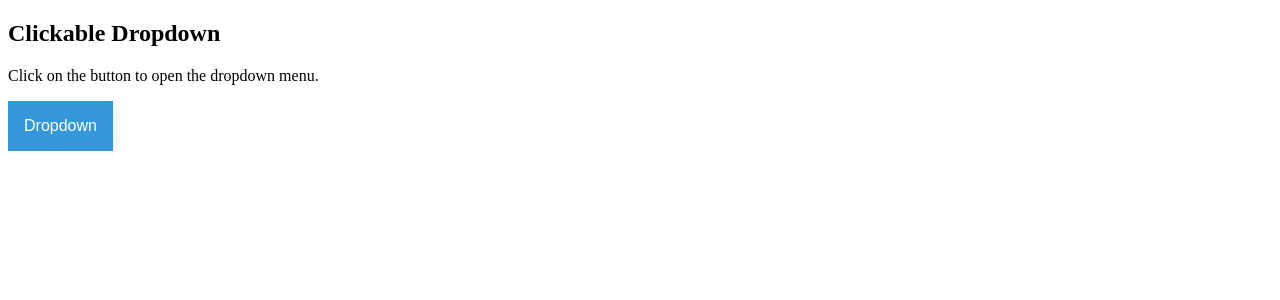
Repository: navid-amini12/capstone-1
Page: index.html
An editor plug-in stored every save of this project. The page is shown before and after the next save, followed by the edit.
The browser window is 1280 px wide. The pictures show the whole page.

Above is the page before, as saved 2022-05-13 10:21:29.

After the next save:
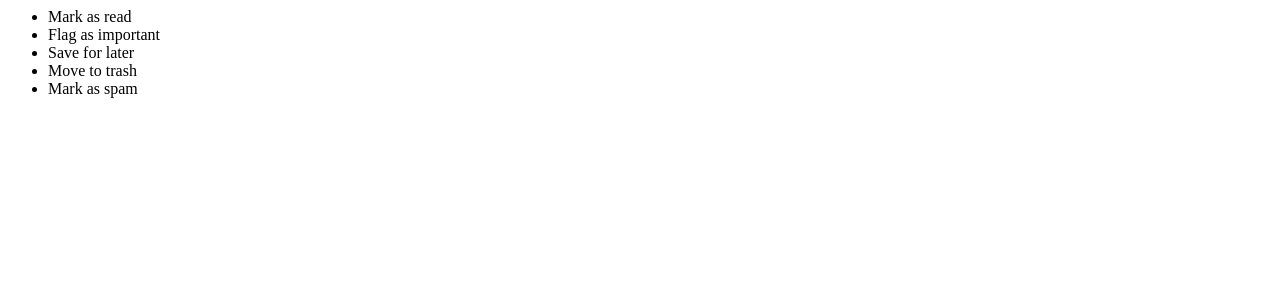
Saved 1 s later.
--- a/index.html
+++ b/index.html
@@ -1,83 +1,30 @@
-<!DOCTYPE html>
-<html>
-<head>
-<meta name="viewport" content="width=device-width, initial-scale=1">
-<style>
-.dropbtn {
-  background-color: #3498DB;
-  color: white;
-  padding: 16px;
-  font-size: 16px;
-  border: none;
-  cursor: pointer;
-}
-
-.dropbtn:hover, .dropbtn:focus {
-  background-color: #2980B9;
-}
-
-.dropdown {
-  position: relative;
-  display: inline-block;
-}
-
-.dropdown-content {
-  display: none;
-  position: absolute;
-  background-color: #f1f1f1;
-  min-width: 160px;
-  overflow: auto;
-  box-shadow: 0px 8px 16px 0px rgba(0,0,0,0.2);
-  z-index: 1;
-}
-
-.dropdown-content a {
-  color: black;
-  padding: 12px 16px;
-  text-decoration: none;
-  display: block;
-}
-
-.dropdown a:hover {background-color: #ddd;}
-
-.show {display: block;}
-</style>
-</head>
-<body>
-
-<h2>Clickable Dropdown</h2>
-<p>Click on the button to open the dropdown menu.</p>
-
-<div class="dropdown">
-  <button onclick="myFunction()" class="dropbtn">Dropdown</button>
-  <div id="myDropdown" class="dropdown-content">
-    <a href="#home">Home</a>
-    <a href="#about">About</a>
-    <a href="#contact">Contact</a>
+<div class="dots" onclick="this.classList.toggle('active');">
+	<div class="dot"></div>
+	<div class="dot"></div>
+	<div class="shadow cut"></div>
+	<div class="container cut">
+	  <div class="drop cut2"></div>
+	</div>
+	<div class="list">
+	  <ul>
+		<li>
+		  Mark as read
+		</li>
+		<li>
+		  Flag as important
+		</li>
+		<li>
+		  Save for later
+		</li>
+		<li>
+		  Move to trash
+		</li>
+		<li>
+		  Mark as spam
+		</li>
+	  </ul>
+	</div>
+	<div class="dot"></div>
   </div>
-</div>
-
-<script>
-/* When the user clicks on the button,
-toggle between hiding and showing the dropdown content */
-function myFunction() {
-  document.getElementById("myDropdown").classList.toggle("show");
-}
-
-// Close the dropdown if the user clicks outside of it
-window.onclick = function(event) {
-  if (!event.target.matches('.dropbtn')) {
-    var dropdowns = document.getElementsByClassName("dropdown-content");
-    var i;
-    for (i = 0; i < dropdowns.length; i++) {
-      var openDropdown = dropdowns[i];
-      if (openDropdown.classList.contains('show')) {
-        openDropdown.classList.remove('show');
-      }
-    }
-  }
-}
-</script>
-
-</body>
-</html>
+  <div class="cursor"
+	   onclick="document.querySelector('.dots').classList.toggle('active');"></div>
